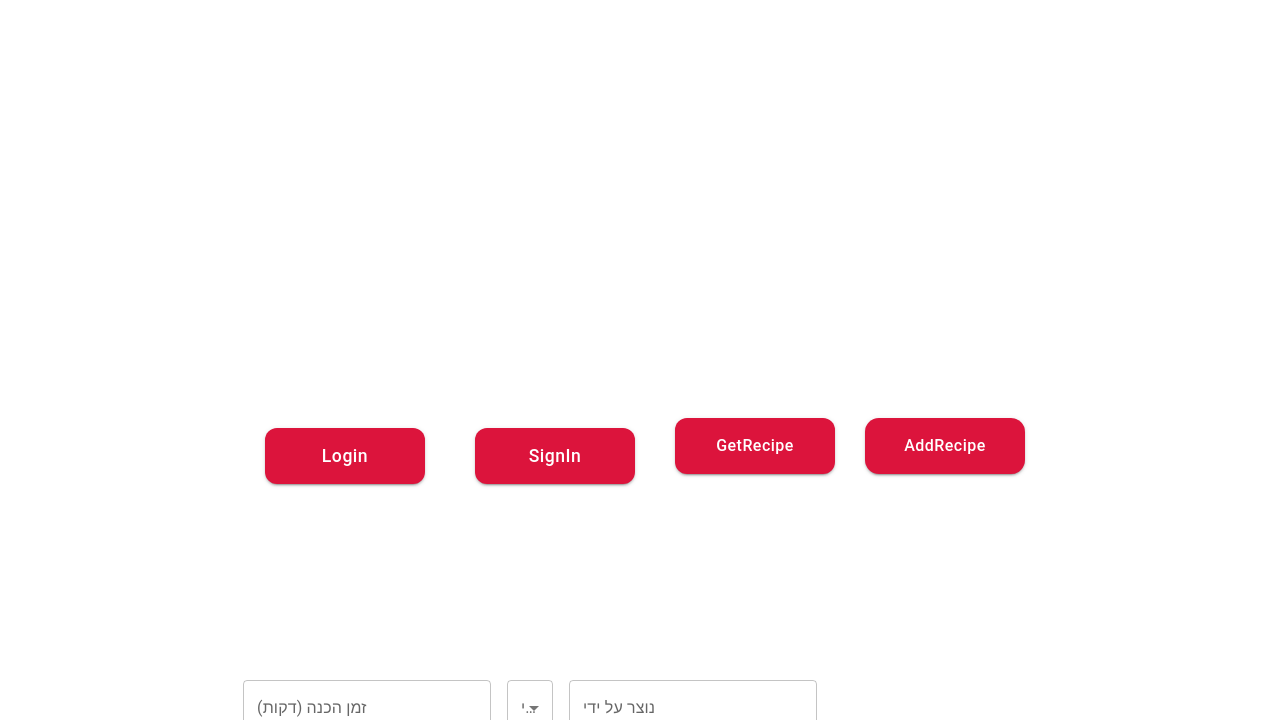
Repository: saraAber/Recipes_ReactProject
Page: /GetRecipes
An editor plug-in stored every save of this project. The page is shown before and after the next save, followed by the edit.
The browser window is 1280 px wide. The pictures show the whole page.
The page's requests for data from a server got no answer. The project was rebuilt for these pictures with package versions that can differ from the ones it lists, and the page was loaded fresh each time. No one was signed in, and anything a server would have sent is missing. Also part of the build but not shown: vite.config.ts, src/components/Login.tsx, src/components/SignIn.tsx, src/components/userContext.tsx, src/components/CategoriesContext.tsx, src/components/addRecipe.tsx, src/components/EditRecipe.tsx.

Above is the page before, as saved 2025-05-06 15:11:55.

After the next save:
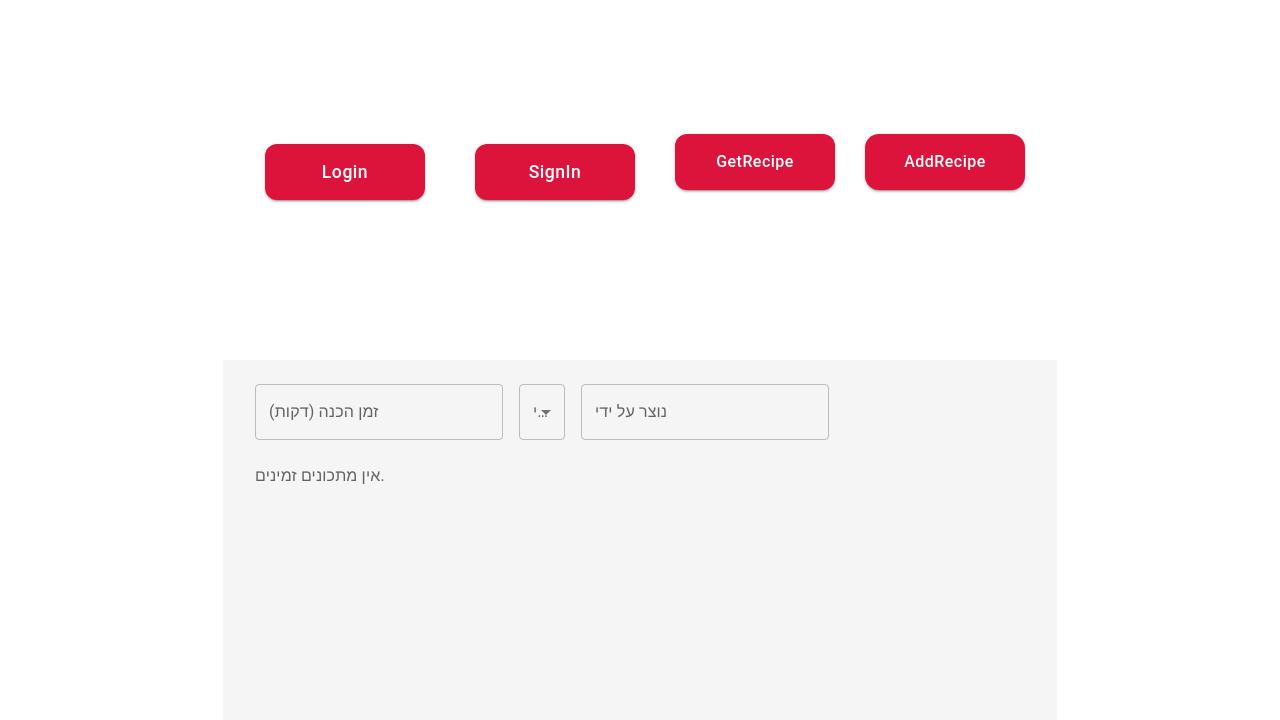
Saved 3 min 56 s later.
--- a/src/components/GetRecipes.tsx
+++ b/src/components/GetRecipes.tsx
@@ -1,7 +1,7 @@
 import { useContext, useEffect, useMemo, useState } from 'react';
 import axios from 'axios';
 import {
-  CircularProgress, Card, CardContent, Typography, Grid, Button, TextField, MenuItem
+  CircularProgress, Card, CardContent, Typography, Grid, Button, TextField, MenuItem, Box
 } from '@mui/material';
 import { useNavigate } from 'react-router-dom';
 import { userContext } from './userContext';
@@ -70,12 +70,12 @@
   }, [recipes, filters]);
 
   return (
-    <div style={{ padding: 20 }}>
+    <Box sx={{ px: 4, py: 3, backgroundColor: '#f5f5f5', minHeight: '100vh' }}>
       {loading ? (
         <CircularProgress />
       ) : (
         <>
-          <Grid container spacing={2} sx={{ my: 2 }}>
+          <Grid container spacing={2} sx={{ mb: 3 }}>
             <Grid item xs={12} sm={3}>
               <TextField
                 type="number"
@@ -83,6 +83,7 @@
                 value={filters.duration}
                 onChange={e => updateFilter('duration', e.target.value ? Number(e.target.value) : '')}
                 fullWidth
+                variant="outlined"
               />
             </Grid>
             <Grid item xs={12} sm={3}>
@@ -92,6 +93,7 @@
                 value={filters.difficulty}
                 onChange={e => updateFilter('difficulty', e.target.value)}
                 fullWidth
+                variant="outlined"
               >
                 <MenuItem value="">כל הרמות</MenuItem>
                 <MenuItem value="קל">קל</MenuItem>
@@ -106,17 +108,26 @@
                 value={filters.userId}
                 onChange={e => updateFilter('userId', e.target.value ? Number(e.target.value) : '')}
                 fullWidth
+                variant="outlined"
               />
             </Grid>
           </Grid>
 
-          <Grid container spacing={3}>
+          <Grid container spacing={3} alignItems="stretch">
             {filteredRecipes.length ? (
               filteredRecipes.map(recipe => (
                 <Grid item xs={12} sm={6} md={4} key={recipe.Id}>
-                  <Card sx={{ m: 2, textAlign: 'right' }}>
+                  <Card sx={{
+                    height: '100%',
+                    display: 'flex',
+                    flexDirection: 'column',
+                    justifyContent: 'space-between',
+                    borderRadius: '20px',
+                    boxShadow: '0 4px 12px rgba(0, 0, 0, 0.1)',
+                    backgroundColor: '#fff'
+                  }}>
                     <CardContent>
-                      <Grid container justifyContent="space-between" alignItems="center">
+                      <Box display="flex" justifyContent="space-between" mb={1}>
                         <Button onClick={() => handleDelete(recipe.Id, recipe.UserId)} color="error">
                           <DeleteIcon />
                         </Button>
@@ -126,45 +137,50 @@
                         <Button onClick={() => console.log("Liked recipe")} color="success">
                           <ThumbUpIcon />
                         </Button>
-                      </Grid>
+                      </Box>
 
-                      <Typography variant="h5" gutterBottom>{recipe.Name}</Typography>
-                      <Typography variant="body2" paragraph>{recipe.Description}</Typography>
-                      <Typography variant="body2">רמת קושי - {recipe.Difficulty}</Typography>
-                      <Typography variant="body2">זמן הכנה - {recipe.Duration} דקות</Typography>
-                      <Typography variant="body2">סוג - {recipe.CategoryId}</Typography>
-                      <img src={recipe.Img} alt={recipe.Name} style={{ width: '100%', height: 'auto' }} />
+                      <Typography variant="h5" fontWeight={700} color="#2e7d32">{recipe.Name}</Typography>
+                      <Typography variant="body2" color="text.secondary" gutterBottom>{recipe.Description}</Typography>
+                      <Typography variant="body2">רמת קושי: {recipe.Difficulty}</Typography>
+                      <Typography variant="body2">זמן הכנה: {recipe.Duration} דקות</Typography>
+                      <Typography variant="body2" gutterBottom>סוג: {recipe.CategoryId}</Typography>
 
-                      <Typography variant="h6" mt={2}>מרכיבים</Typography>
+                      <Box mt={2} mb={2}>
+                        <img src={recipe.Img} alt={recipe.Name} style={{ width: '100%', borderRadius: '12px' }} />
+                      </Box>
+
+                      <Typography variant="h6" color="primary">מרכיבים</Typography>
                       {recipe.Ingridents?.length ? (
                         recipe.Ingridents.map(ing => (
-                          <Typography key={`${recipe.Id}-${ing.Name}`}>
+                          <Typography key={`${recipe.Id}-${ing.Name}`} variant="body2">
                             {ing.Name} - {ing.Count} {ing.Type}
                           </Typography>
                         ))
                       ) : (
-                        <Typography variant="body2">אין מרכיבים זמינים</Typography>
+                        <Typography variant="body2" color="text.secondary">אין מרכיבים זמינים</Typography>
                       )}
 
-                      <Typography variant="h6" mt={2}>הוראות הכנה</Typography>
+                      <Typography variant="h6" color="primary" mt={2}>הוראות הכנה</Typography>
                       {recipe.Instructions?.length ? (
                         recipe.Instructions.map((step, idx) => (
                           <Typography key={idx} variant="body2">{step.Name}</Typography>
                         ))
                       ) : (
-                        <Typography variant="body2">אין הוראות הכנה זמינות</Typography>
+                        <Typography variant="body2" color="text.secondary">אין הוראות הכנה זמינות</Typography>
                       )}
                     </CardContent>
                   </Card>
                 </Grid>
               ))
             ) : (
-              <Typography variant="body1" textAlign="center">אין מתכונים זמינים.</Typography>
+              <Typography variant="body1" textAlign="center" color="text.secondary">
+                אין מתכונים זמינים.
+              </Typography>
             )}
           </Grid>
         </>
       )}
-    </div>
+    </Box>
   );
 };
 

After the save that followed:
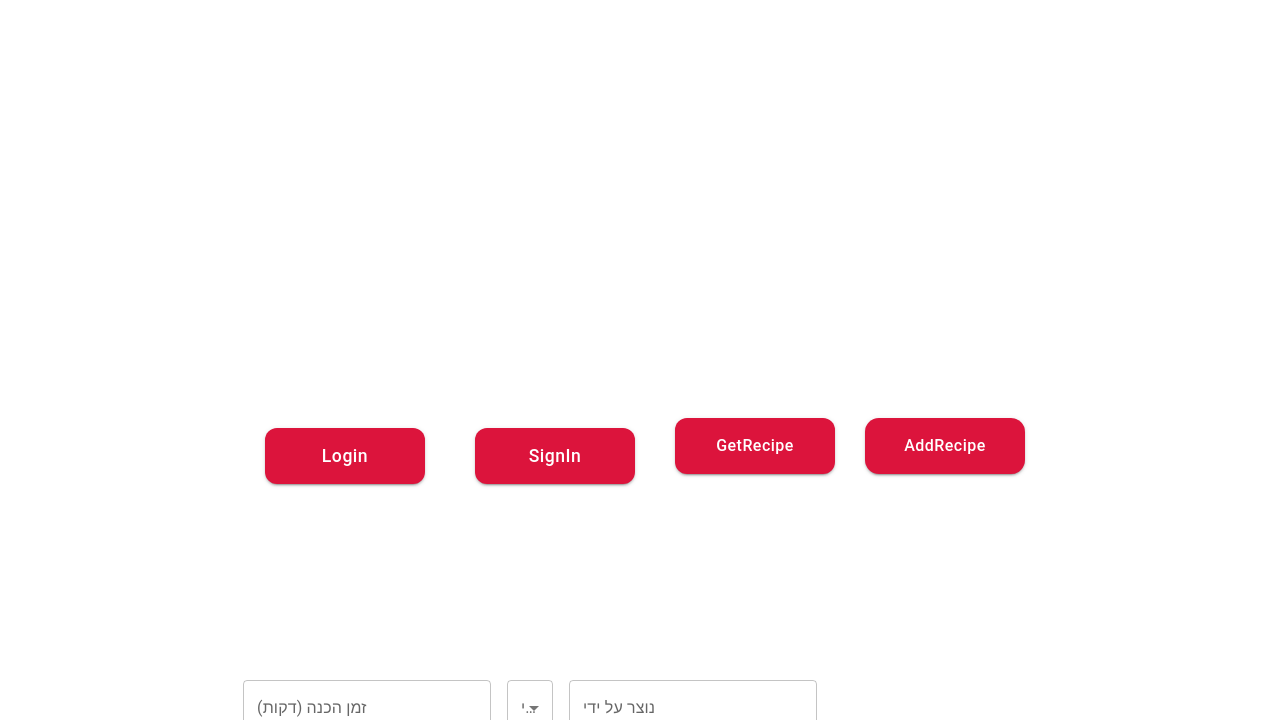
Saved 52 s later.
--- a/src/components/GetRecipes.tsx
+++ b/src/components/GetRecipes.tsx
@@ -1,7 +1,7 @@
 import { useContext, useEffect, useMemo, useState } from 'react';
 import axios from 'axios';
 import {
-  CircularProgress, Card, CardContent, Typography, Grid, Button, TextField, MenuItem, Box
+  CircularProgress, Card, CardContent, Typography, Grid, Button, TextField, MenuItem
 } from '@mui/material';
 import { useNavigate } from 'react-router-dom';
 import { userContext } from './userContext';
@@ -70,12 +70,12 @@
   }, [recipes, filters]);
 
   return (
-    <Box sx={{ px: 4, py: 3, backgroundColor: '#f5f5f5', minHeight: '100vh' }}>
+    <div style={{ padding: 20 }}>
       {loading ? (
         <CircularProgress />
       ) : (
         <>
-          <Grid container spacing={2} sx={{ mb: 3 }}>
+          <Grid container spacing={2} sx={{ my: 2 }}>
             <Grid item xs={12} sm={3}>
               <TextField
                 type="number"
@@ -83,7 +83,6 @@
                 value={filters.duration}
                 onChange={e => updateFilter('duration', e.target.value ? Number(e.target.value) : '')}
                 fullWidth
-                variant="outlined"
               />
             </Grid>
             <Grid item xs={12} sm={3}>
@@ -93,7 +92,6 @@
                 value={filters.difficulty}
                 onChange={e => updateFilter('difficulty', e.target.value)}
                 fullWidth
-                variant="outlined"
               >
                 <MenuItem value="">כל הרמות</MenuItem>
                 <MenuItem value="קל">קל</MenuItem>
@@ -108,26 +106,17 @@
                 value={filters.userId}
                 onChange={e => updateFilter('userId', e.target.value ? Number(e.target.value) : '')}
                 fullWidth
-                variant="outlined"
               />
             </Grid>
           </Grid>
 
-          <Grid container spacing={3} alignItems="stretch">
+          <Grid container spacing={3}>
             {filteredRecipes.length ? (
               filteredRecipes.map(recipe => (
                 <Grid item xs={12} sm={6} md={4} key={recipe.Id}>
-                  <Card sx={{
-                    height: '100%',
-                    display: 'flex',
-                    flexDirection: 'column',
-                    justifyContent: 'space-between',
-                    borderRadius: '20px',
-                    boxShadow: '0 4px 12px rgba(0, 0, 0, 0.1)',
-                    backgroundColor: '#fff'
-                  }}>
+                  <Card sx={{ m: 2, textAlign: 'right' }}>
                     <CardContent>
-                      <Box display="flex" justifyContent="space-between" mb={1}>
+                      <Grid container justifyContent="space-between" alignItems="center">
                         <Button onClick={() => handleDelete(recipe.Id, recipe.UserId)} color="error">
                           <DeleteIcon />
                         </Button>
@@ -137,50 +126,45 @@
                         <Button onClick={() => console.log("Liked recipe")} color="success">
                           <ThumbUpIcon />
                         </Button>
-                      </Box>
+                      </Grid>
 
-                      <Typography variant="h5" fontWeight={700} color="#2e7d32">{recipe.Name}</Typography>
-                      <Typography variant="body2" color="text.secondary" gutterBottom>{recipe.Description}</Typography>
-                      <Typography variant="body2">רמת קושי: {recipe.Difficulty}</Typography>
-                      <Typography variant="body2">זמן הכנה: {recipe.Duration} דקות</Typography>
-                      <Typography variant="body2" gutterBottom>סוג: {recipe.CategoryId}</Typography>
+                      <Typography variant="h5" gutterBottom>{recipe.Name}</Typography>
+                      <Typography variant="body2" paragraph>{recipe.Description}</Typography>
+                      <Typography variant="body2">רמת קושי - {recipe.Difficulty}</Typography>
+                      <Typography variant="body2">זמן הכנה - {recipe.Duration} דקות</Typography>
+                      <Typography variant="body2">סוג - {recipe.CategoryId}</Typography>
+                      <img src={recipe.Img} alt={recipe.Name} style={{ width: '100%', height: 'auto' }} />
 
-                      <Box mt={2} mb={2}>
-                        <img src={recipe.Img} alt={recipe.Name} style={{ width: '100%', borderRadius: '12px' }} />
-                      </Box>
-
-                      <Typography variant="h6" color="primary">מרכיבים</Typography>
+                      <Typography variant="h6" mt={2}>מרכיבים</Typography>
                       {recipe.Ingridents?.length ? (
                         recipe.Ingridents.map(ing => (
-                          <Typography key={`${recipe.Id}-${ing.Name}`} variant="body2">
+                          <Typography key={`${recipe.Id}-${ing.Name}`}>
                             {ing.Name} - {ing.Count} {ing.Type}
                           </Typography>
                         ))
                       ) : (
-                        <Typography variant="body2" color="text.secondary">אין מרכיבים זמינים</Typography>
+                        <Typography variant="body2">אין מרכיבים זמינים</Typography>
                       )}
 
-                      <Typography variant="h6" color="primary" mt={2}>הוראות הכנה</Typography>
+                      <Typography variant="h6" mt={2}>הוראות הכנה</Typography>
                       {recipe.Instructions?.length ? (
                         recipe.Instructions.map((step, idx) => (
                           <Typography key={idx} variant="body2">{step.Name}</Typography>
                         ))
                       ) : (
-                        <Typography variant="body2" color="text.secondary">אין הוראות הכנה זמינות</Typography>
+                        <Typography variant="body2">אין הוראות הכנה זמינות</Typography>
                       )}
                     </CardContent>
                   </Card>
                 </Grid>
               ))
             ) : (
-              <Typography variant="body1" textAlign="center" color="text.secondary">
-                אין מתכונים זמינים.
-              </Typography>
+              <Typography variant="body1" textAlign="center">אין מתכונים זמינים.</Typography>
             )}
           </Grid>
         </>
       )}
-    </Box>
+    </div>
   );
 };
 
